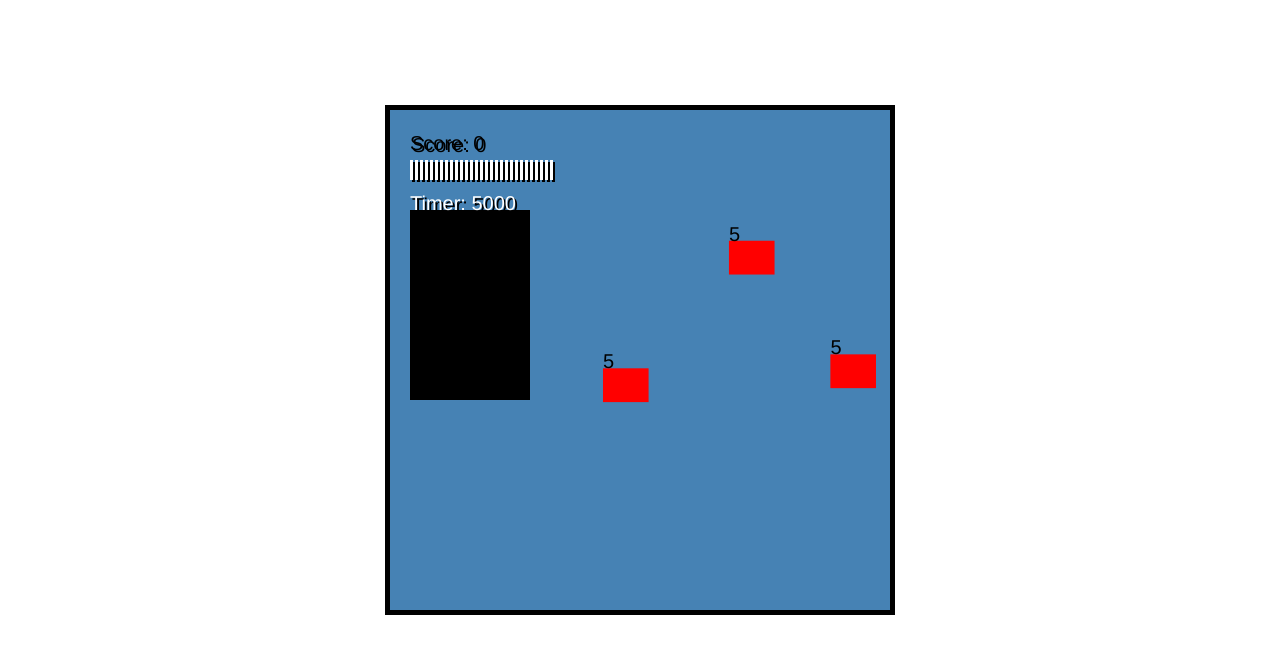
Repository: vasucp1207/seahorse-shooting-game
Page: index.html
The author's editor kept a copy of each file at every save. The page is drawn from the files as they stood at one save, then again after the next save.
The browser window is 1280 px wide. The pictures show the whole page.

Above is the page before, as saved 2022-08-24 19:23:58.

### index.html
<!DOCTYPE html>
<html lang="en">
<head>
    <meta charset="UTF-8">
    <meta http-equiv="X-UA-Compatible" content="IE=edge">
    <meta name="viewport" content="width=device-width, initial-scale=1.0">
    <title>Document</title>
    <link rel="stylesheet" href="style.css">
</head>
<body>
    <canvas id="canvas"></canvas>

    <script src="script.js"></script>
</body>
</html>

### style.css
* {
    margin: 0;
    padding: 0;
    box-sizing: border-box;
}

#canvas{
    border: 5px solid black;
    position: absolute;
    top: 50%;
    left: 50%;
    transform: translate(-50%, -50%);
    background: steelblue;
    max-width: 100%;
    max-height: 100%;
}

### script.js
window.addEventListener('load', function () {
    const canvas = this.document.getElementById('canvas')
    const ctx = canvas.getContext('2d')
    canvas.width = 500
    canvas.height = 500

    class InputHandler {
        constructor(game) {
            this.game = game
            window.addEventListener('keydown', e => {
                if (((e.key === 'ArrowUp')
                    || (e.key === 'ArrowDown'))
                    && (this.game.keys.indexOf(e.key)) === -1) {
                    this.game.keys.push(e.key)
                } else if(e.key === ' '){
                    this.game.player.shootTop()
                }
            })
            window.addEventListener('keyup', e => {
                if (this.game.keys.indexOf(e.key) > -1) {
                    this.game.keys.splice(this.game.keys.indexOf(e.key), 1)
                }
            })
        }
    }

    class Projectile {
        constructor(game, x, y){
            this.game = game
            this.x = x
            this.y = y
            this.width = 10
            this.height = 10
            this.speed = 10
            this.markedForDeletion = false
        }

        update(){
            this.x += this.speed
            if(this.x > this.game.width * 0.9) this.markedForDeletion = true
        }

        draw(context){
            context.fillStyle = 'yellow'
            context.fillRect(this.x, this.y, this.width, this.height)
        }
    }

    class Player {
        constructor(game) {
            this.game = game
            this.width = 120
            this.height = 190
            this.x = 20
            this.y = 100
            this.speedY = 0
            this.maxSpeed = 2
            this.projectile = []
        }

        update() {
            if(this.game.keys.includes('ArrowUp')) this.speedY = -this.maxSpeed
            else if(this.game.keys.includes('ArrowDown')) this.speedY = this.maxSpeed
            else this.speedY = 0
            this.y += this.speedY

            this.projectile.forEach(projectile => {
                projectile.update()
            })
            this.projectile = this.projectile.filter(projectile => !projectile.markedForDeletion)
        }
        draw(context) {
            context.fillStyle = 'black'
            context.fillRect(this.x, this.y, this.width, this.height)
            this.projectile.forEach(projectile => {
                projectile.draw(context)
            })
        }
        shootTop(){
            if(this.game.amo > 0){
                this.projectile.push(new Projectile(this.game, this.x + 80, this.y + 80))
                this.game.amo--
            }
        }
    }

    class Particle {

    }

    class Enemy {
        constructor(game){
            this.game = game
            this.x = this.game.width
            this.speedX = Math.random() * -1.5 - 0.5
            this.markedForDeletion = false
            this.lives = 5
            this.score = this.lives
        }
        update(){
            this.x += this.speedX
            if(this.x + this.width < 0) this.markedForDeletion = true
        }
        draw(context){
            context.fillStyle = 'red'
            context.fillRect(this.x, this.y, this.width, this.height)
            context.fillStyle = 'black'
            context.font = '20px Helvetica'
            context.fillText(this.lives, this.x, this.y)
        }
    }

    class Angler1 extends Enemy{
        constructor(game){
            super(game)
            this.width = 228 * 0.2
            this.height = 169 * 0.2
            this.y = Math.random() * (this.game.height * 0.9 - this.height)
        }
    }

    class Layer {

    }

    class Background {

    }

    class UI {
        constructor(game){
            this.game = game
            this.fontSize = 25
            this.fontFamily = 'Helvetica'
            this.color = 'white'
        }
        draw(context){
            context.save()
            context.shadowOffsetX = 2
            context.shadowOffsetY = 2
            context.shadowColor = 'black'
            context.font = this.fontSize + 'px' + this.fontFamily
            context.fillText('Score: ' + this.game.score, 20, 40)
            context.fillStyle = this.color

            context.fillStyle = this.color
            for(let i = 0; i < this.game.amo; i++){
                context.fillRect(20 + 5 * i, 50, 3, 20)
            }

            context.fillText('Timer: ' + this.game.gameTime, 20, 100)

            if(this.game.gameOver){
                context.textAlign = 'center'
                let message1
                let message2
                if(this.game.score > this.game.winningScore){
                    message1 = 'You Win'
                    message2 = 'Well done'
                }
                else{
                    message1 = 'You Lose'
                    message2 = 'Try again next time'
                }
                context.font = '50px' + this.fontFamily
                context.fillText(message1, this.game.width * 0.5, this.game.height * 0.5 - 40)
                context.font = '25px' + this.fontFamily
                context.fillText(message2, this.game.width * 0.5, this.game.height * 0.5 + 40)
            }
            context.restore()
        }
    }

    class Game {
        constructor(width, height) {
            this.width = width
            this.height = height
            this.player = new Player(this)
            this.input = new InputHandler(this)
            this.ui = new UI(this)
            this.keys = []
            this.enemies = []
            this.enemyTimer = 0
            this.enemyInterval= 1000
            this.amo = 20
            this.amoTimer = 0
            this.amoInterval = 500
            this.maxAmo = 50
            this.gameOver = false
            this.score = 0
            this.winningScore = 10
            this.gameTime = 0
            this.timeLimit = 5000
        }
        update(deltaTime) {
            if(!this.gameOver) this.gameTime += deltaTime
            if(this.gameTime > this.timeLimit) this.gameOver = true
            this.player.update()
            if(this.amoTimer > this.amoInterval){
                if(this.amo < this.maxAmo) this.amo++
                this.amoTimer = 0
            }
            else{
                this.amoTimer += deltaTime
            }

            this.enemies.forEach(enemy => {
                enemy.update()
                if(this.checkCollision(this.player, enemy)){
                    enemy.markedForDeletion = true
                }

                this.player.projectile.forEach(projectile => {
                    if(this.checkCollision(projectile, enemy)){
                        enemy.lives--
                        projectile.markedForDeletion = true
                        if(enemy.lives <= 0){
                            enemy.markedForDeletion = true
                            this.score += enemy.score
                            if(this.score > this.winningScore) this.gameOver = true
                        }
                    }
                })
            })
            this.enemies = this.enemies.filter(enemy => !enemy.markedForDeletion)
            if(this.enemyTimer > this.enemyInterval && !this.gameOver){
                this.addEnemy()
                this.enemyTimer = 0
            }
            else{
                this.enemyTimer += deltaTime
            }
        }

        draw(context) {
            this.player.draw(context)
            this.ui.draw(context)
            this.enemies.forEach(enemy => {
                enemy.draw(context)
            })
        }

        addEnemy(){
            this.enemies.push(new Angler1(this))
        }

        checkCollision(rect1, rect2){
            return (
                rect1.x < rect2.x + rect2.width &&
                rect1.x + rect1.width > rect2.x &&
                rect1.y < rect2.y + rect2.height &&
                rect1.height + rect1.y > rect2.y
            )
        }
    }

    const game = new Game(canvas.width, canvas.height)
    let lastTime = 0
    function animate(timeStamp) {
        const deltaTime = timeStamp - lastTime
        lastTime = timeStamp
        ctx.clearRect(0, 0, canvas.width, canvas.height)
        game.update(deltaTime)
        game.draw(ctx)
        requestAnimationFrame(animate)
    }
    animate(0)
})

After the next save:
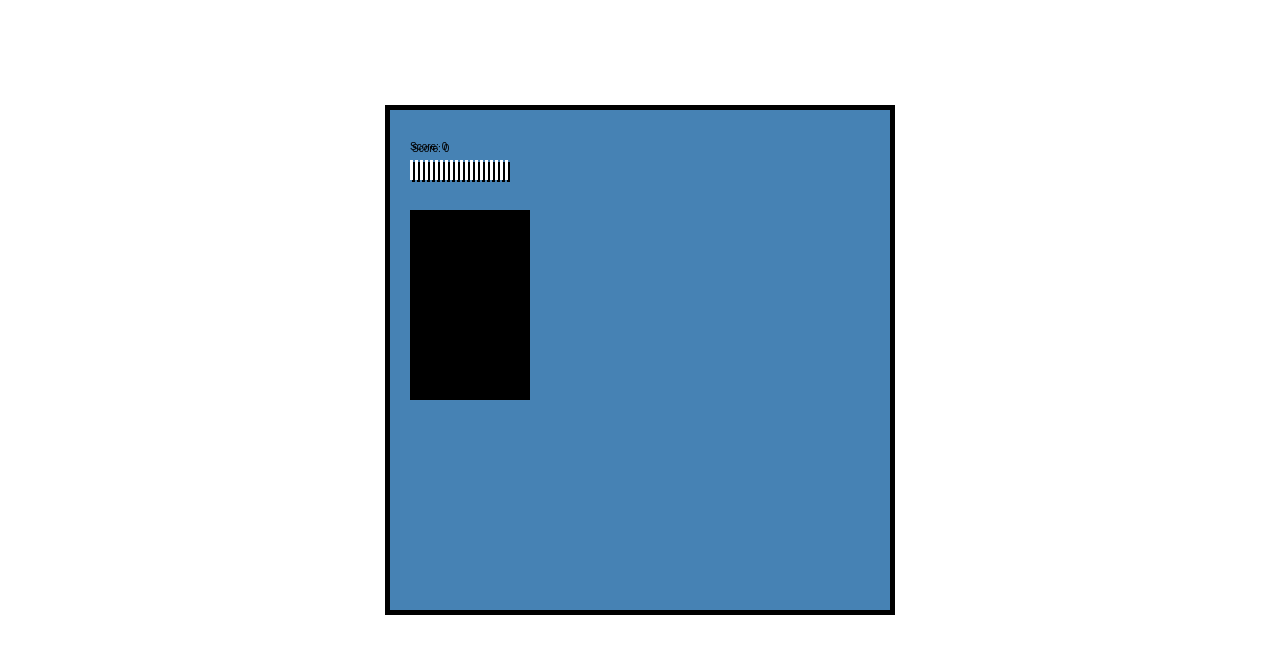
Console error: TypeError: Cannot read properties of undefined (reading 'fillText')
Saved 5 s later.
--- a/script.js
+++ b/script.js
@@ -147,7 +147,7 @@
             for(let i = 0; i < this.game.amo; i++){
                 context.fillRect(20 + 5 * i, 50, 3, 20)
             }
-
+            context.
             context.fillText('Timer: ' + this.game.gameTime, 20, 100)
 
             if(this.game.gameOver){

After the save that followed:
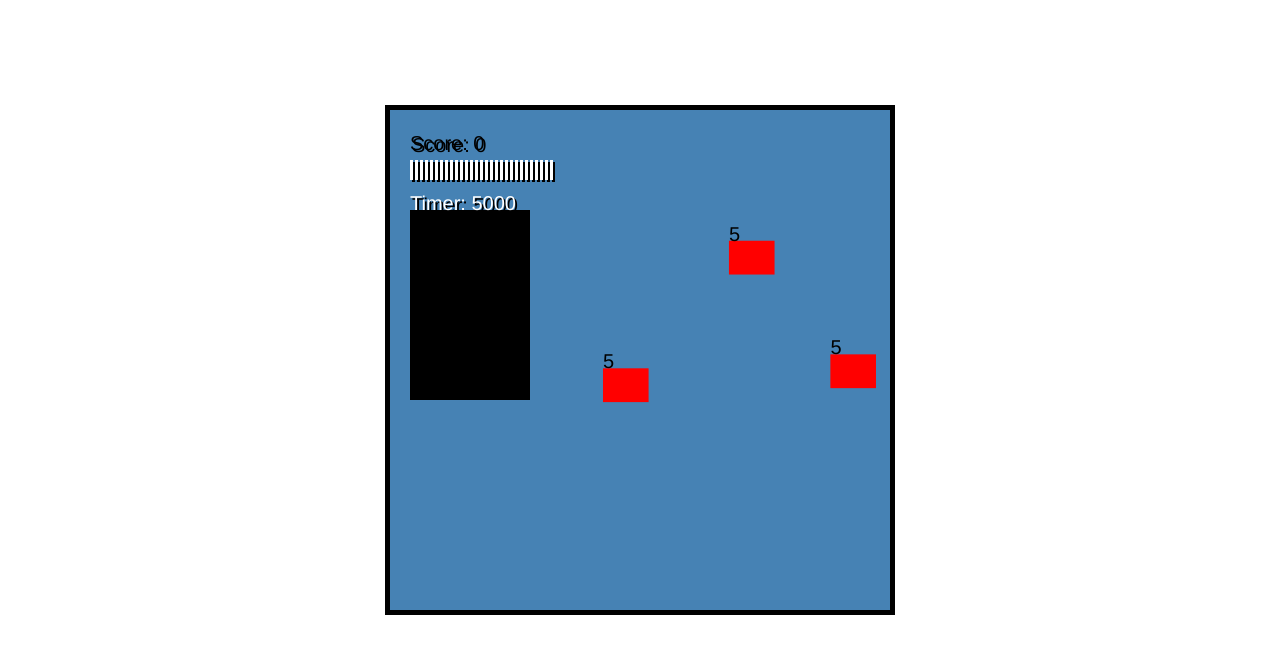
The error is gone.
Saved 6 s later.
--- a/script.js
+++ b/script.js
@@ -147,7 +147,7 @@
             for(let i = 0; i < this.game.amo; i++){
                 context.fillRect(20 + 5 * i, 50, 3, 20)
             }
-            context.
+            context.for
             context.fillText('Timer: ' + this.game.gameTime, 20, 100)
 
             if(this.game.gameOver){
